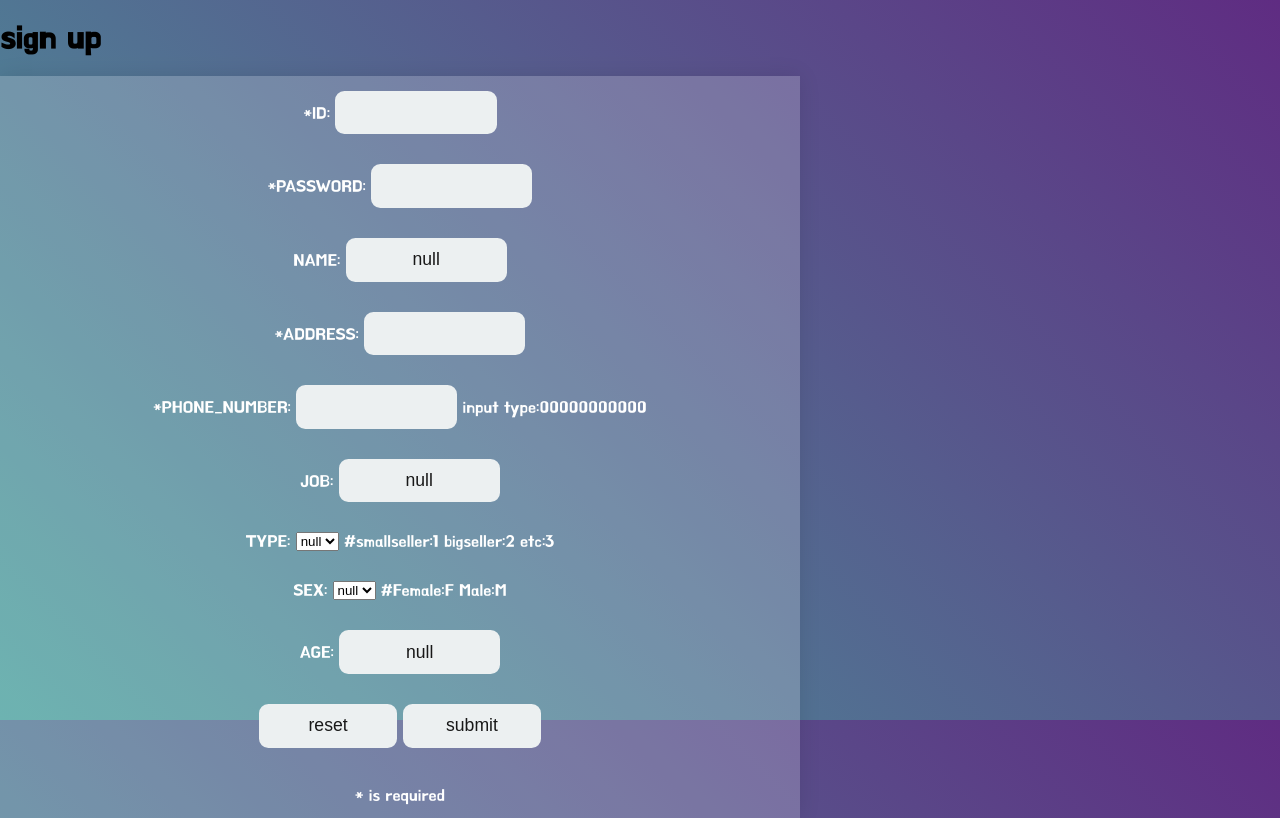
Repository: MIR013/KNU_DB_Project_Team5
Page: dbphase/Databaase/WebContent/Sign_up.html
An editor plug-in stored every save of this project. The page is shown before and after the next save, followed by the edit.
The browser window is 1280 px wide. The pictures show the whole page.

Above is the page before, as saved 2018-11-22 07:20:24.

After the next save:
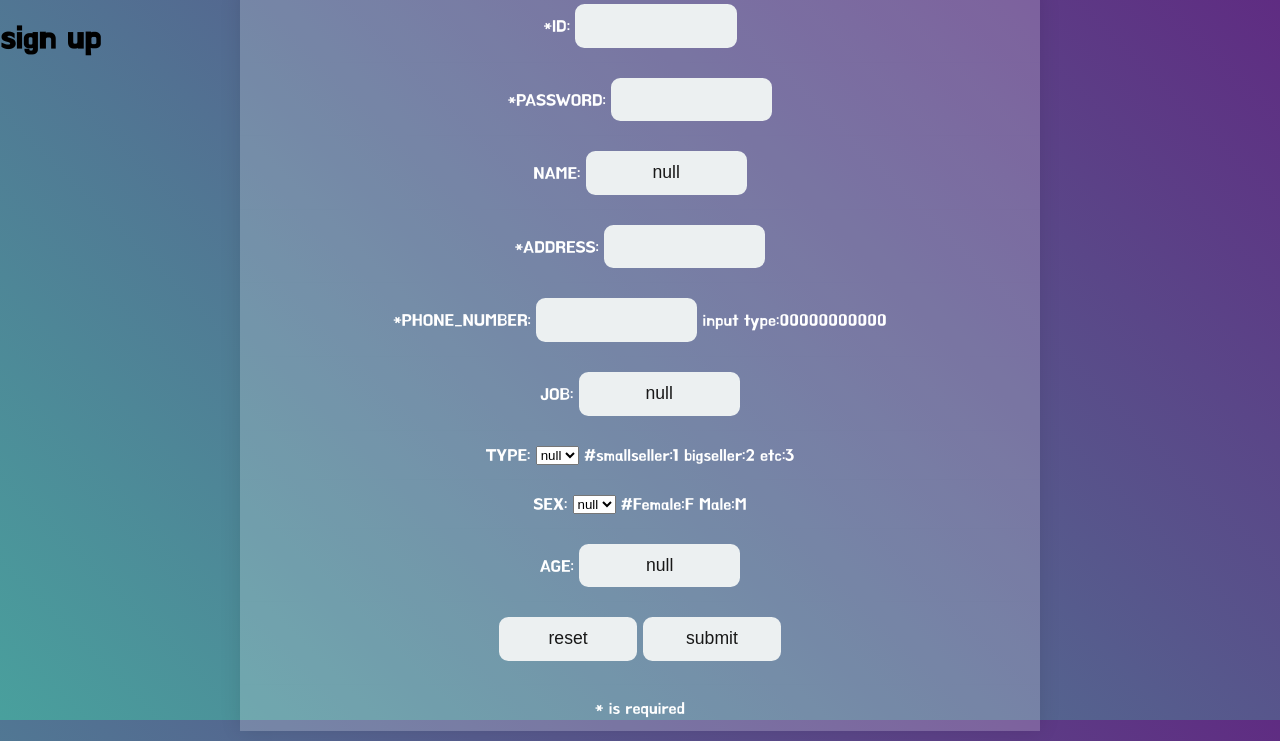
Saved 95 s later.
--- a/dbphase/Databaase/WebContent/Sign_up.html
+++ b/dbphase/Databaase/WebContent/Sign_up.html
@@ -14,6 +14,7 @@
 <body>
 <h1> sign up</h1>
 	<form action="sign_up.jsp" method="POST">
+	<div class="container">
 	<table>
 			<tr>
 				<td>*ID: <input type="text" name="signUpID" required/></td>
